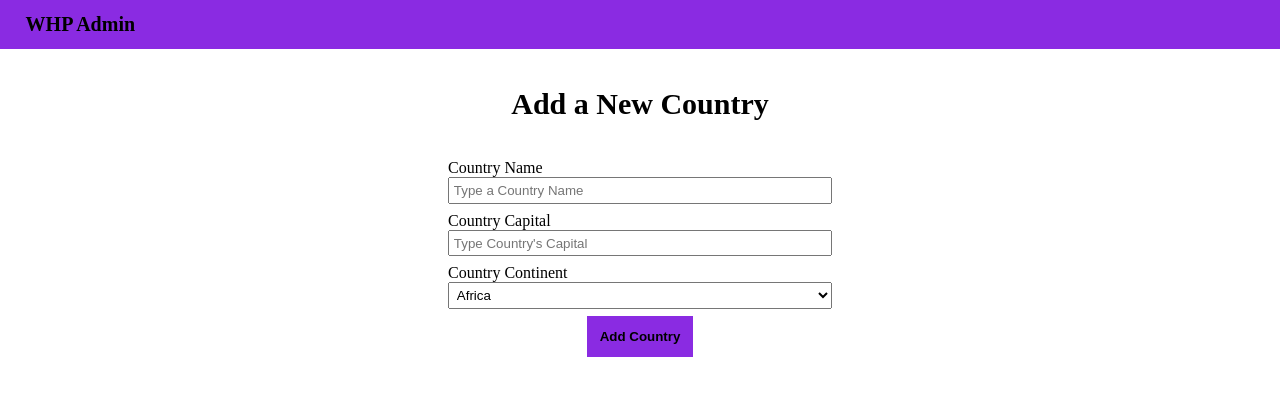
Repository: sabinaPetrisor/World_Hour_Project
Page: http://localhost/WorldHourProject/jsp/add-country.jsp
An editor plug-in stored every save of this project. The page is shown before and after the next save, followed by the edit.
The browser window is 1280 px wide. The pictures show the whole page.
The page is served by Tomcat 9. Other server files are loaded and not shown.

Above is the page before, as saved 2023-08-04 13:05:08.

### WorldHourProject/src/main/webapp/jsp/add-country.jsp
<%@ page language="java" contentType="text/html; charset=UTF-8"
    pageEncoding="UTF-8"%>
<!DOCTYPE html>
<html>
<head>
	<meta name="viewport" content="width=device-width, initial-scale=1" charset="UTF-8">
	<title>World Hour Project Add Country</title>
	<style> <%@include file="../css/navbar.css" %> </style>
	<style> <%@include file="../css/admin.css" %> </style>
	<style> <%@include file="../css/add-page-admin.css" %> </style>
</head>
<body>
	<%@include file="navbar.jsp" %>

	<div class="content-container">
		<p class="content-container-title">Add a New Country</p>
		<div class="add-form-container">
			<form class="add-form">
				<label for="cname">Country Name</label>
				<input type="text" placeholder="Type a Country Name" class="insert-text" id="cname" name="country-name">
				<label for="ccapital">Country Capital</label>
				<input type="text" placeholder="Type Country's Capital" class="insert-text" id="ccapital" name="country-capital">
				<label for="ccontinent">Country Continent</label>
				<select class="option-selection" id="ccontinent" name="country-continent">
					<option value="africa">Africa</option>
					<option value="america">America</option>
					<option value="asia">Asia</option>
					<option value="atlantic">Atlantic</option>
					<option value="australia">Australia</option>
					<option value="europe">Europe</option>
					<option value="indian">Indian</option>
					<option value="pacific">Pacific</option>
				</select>
			</form>
		</div>
		<div class="btn-container">
			<button class="add-button">Add Country</button>
		</div>
	</div>
</body>
</html>

### WorldHourProject/src/main/webapp/css/navbar.css
.header-container {
	position: relative;
	width: 100%;
	background-color: blueviolet;
	display: flex;
}

.header-title {
	padding-top: 1%;
	padding-bottom: 1%;
	margin-left: 2%;
	margin-right: 2%;
}

.home-page-title {
	font-size: 20px;
	font-weight: bold;
	width: auto;
}

.home-page-title:hover {
	color: cadetblue;
	cursor: pointer;
}

### WorldHourProject/src/main/webapp/css/admin.css
@charset "UTF-8";
* {
	margin: 0;
	width: 100%;
}

.content-container {
	margin-top: 3%;
}

.content-container-title {
	text-align: center;
	font-size: 30px;
	font-weight: bold;
	margin-bottom: 3%;
}

.btn-container {
	display: flex;
	justify-content: center;
}

.add-button {
	padding: 1%;
	margin-bottom: 3%;
	background-color: blueviolet;
	border: none;
	text-align: center;
	font-weight: bold;
	width:auto;
	cursor: pointer;
}

.tbl {
	margin: 0 auto;
	border-collapse: collapse;
	table-layout: auto;
	width: auto;

}

.tbl-col-names {
	border: 2px solid blueviolet;
	background-color: blueviolet;
}

.tbl td, .tbl-col-names th {
  border: 1px solid #dddddd;
  text-align: center;
  width: auto;
}

.tbl tr:nth-child(even) {
  background-color: #dddddd;
}

### WorldHourProject/src/main/webapp/css/add-page-admin.css
@charset "UTF-8";
* {
	margin: 0;
	width: 100%;
}

.add-form-container {
	display: flex;
	justify-content: center;
}

.add-form {
	width: 30%;
}

.insert-text, .option-selection {
	margin-bottom: 2%;
	padding: 1%;
	box-sizing: border-box;
	border: 2% solid palevioletred;
}

### WorldHourProject/src/main/webapp/jsp/navbar.jsp
<div class="header-container">
	<div class="header-title">
		<span class="home-page-title">WHP Admin</span>
	</div>
</div>

After the next save:
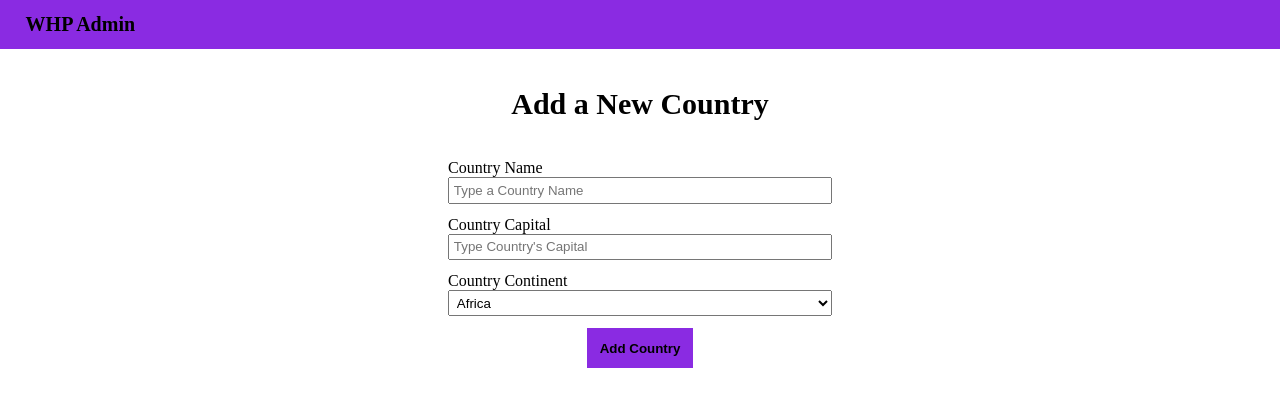
Saved 25 s later.
--- a/WorldHourProject/src/main/webapp/css/add-page-admin.css
+++ b/WorldHourProject/src/main/webapp/css/add-page-admin.css
@@ -14,7 +14,7 @@
 }
 
 .insert-text, .option-selection {
-	margin-bottom: 2%;
+	margin-bottom: 3%;
 	padding: 1%;
 	box-sizing: border-box;
 	border: 2% solid palevioletred;
